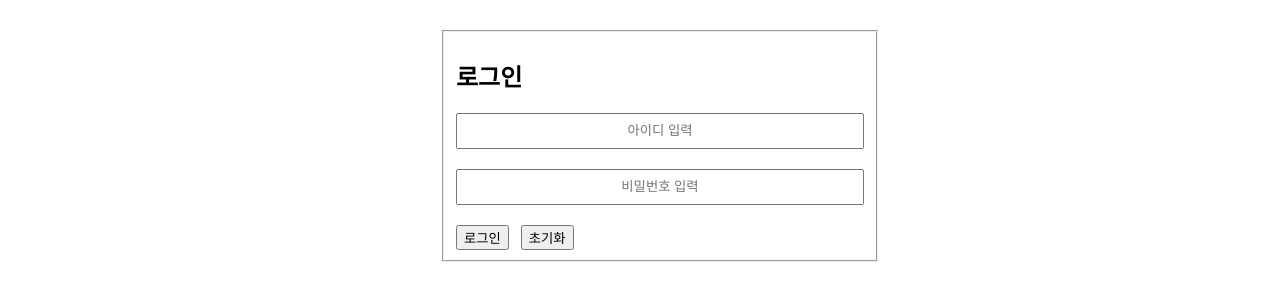
Repository: HyoJun-A/jsp
Page: http://localhost/practice01/login.jsp
These files come from the project's save history. The page is drawn as it stood at one moment and after the next save; the edit follows.
The browser window is 1280 px wide. The pictures show the whole page.
The page is served by Tomcat 9.

Above is the page before, as saved 2022-10-14 05:51:36.

### practice01/WebContent/login.jsp
<%@ page language="java" contentType="text/html; charset=UTF-8"
    pageEncoding="UTF-8"%>
<!DOCTYPE html>
<html>
<head>
<meta charset="UTF-8">
<title>로그인</title>
<style>
#login_form{ width: 400px; height: 300px; margin: 30px auto;}
.login_dis{ display: block;width: 400px; height: 30px; margin: 20px auto;  clear:both;  text-align: center;}
.login_btn{ display: inline-block; }
</style>
</head>
<body>

	<form action="loginPro.jsp" method="post" name="login_form" id="login_form">
		<fieldset>
			<p id="title_login"><h2>로그인</h2></p>
			<input type="text" name="id" id="id" placeholder="아이디 입력" class="login_dis">
			<input type="password" name="pw" id="pw" placeholder="비밀번호 입력" class="login_dis">
			<input type="submit" value="로그인" class="login_btn"> &nbsp;
			<input type="reset" value="초기화" class="login_btn">
		</fieldset>
	</form>
</body>
</html>

After the next save:
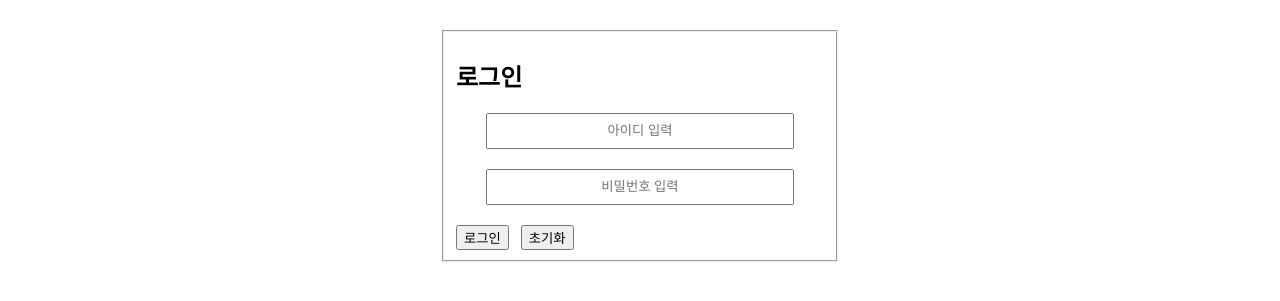
Saved 10 s later.
--- a/practice01/WebContent/login.jsp
+++ b/practice01/WebContent/login.jsp
@@ -7,7 +7,7 @@
 <title>로그인</title>
 <style>
 #login_form{ width: 400px; height: 300px; margin: 30px auto;}
-.login_dis{ display: block;width: 400px; height: 30px; margin: 20px auto;  clear:both;  text-align: center;}
+.login_dis{ display: block;width: 300px; height: 30px; margin: 20px auto;  clear:both;  text-align: center;}
 .login_btn{ display: inline-block; }
 </style>
 </head>
